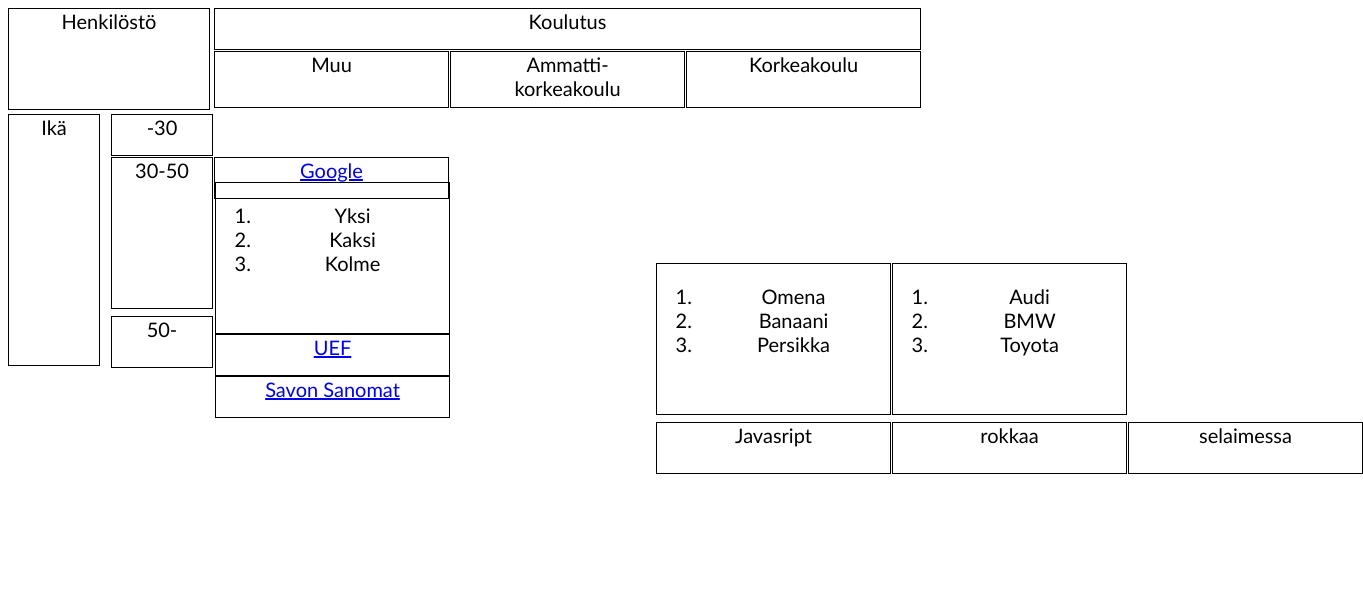
Repository: Niina-Maria/tehtavat-12-17-Niina-Maria2
Page: teht14.html
The author's editor kept a copy of each file at every save. The page is drawn from the files as they stood at one save, then again after the next save.
The browser window is 1280 px wide. The page is 1363 px wide, so the pictures cover 1363 px, including what lies to the right of the window. The pictures show the whole page.

Above is the page before, as saved 2024-11-18 14:49:10.

After the next save:
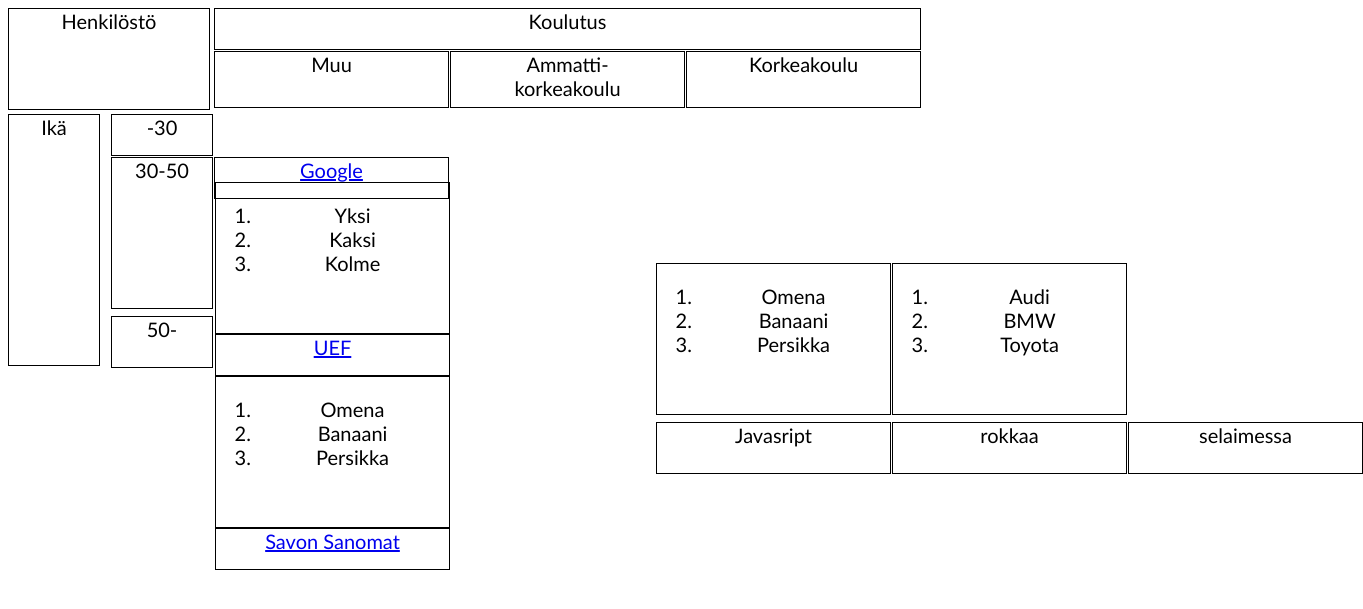
Saved 35 s later.
--- a/teht14.html
+++ b/teht14.html
@@ -25,7 +25,16 @@
                         <li>Kolme</li>
                     </ol>
                 </div>
+
                 <div class="main5"><a href="https://www.uef.fi/fi">UEF</a></div>
+                <div class="main8">
+                    <ol>
+                    <li>Omena</li>
+                    <li>Banaani</li>
+                    <li>Persikka</li>
+                </ol>
+                </div>
+
                 <div class="main6"><a href="https://www.savonsanomat.fi/">Savon Sanomat</a></div>
         </div>
 
